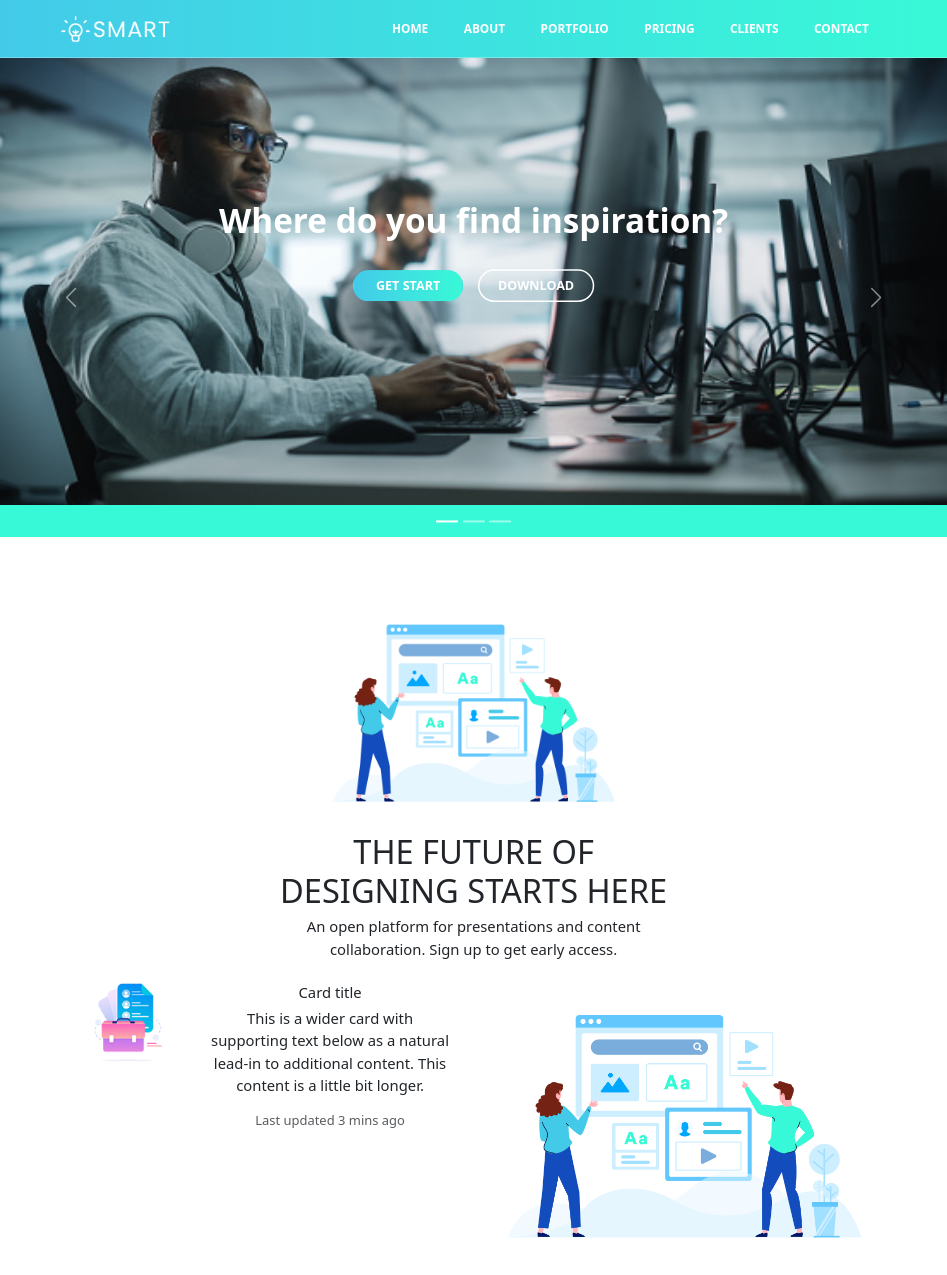
Repository: rizwan-zafar/smart-React
Page: /
These files come from the project's save history. The page is drawn as it stood at one moment and after the next save; the edit follows.
The browser window is 1280 px wide. The pictures show the whole page, at 74% of full size.
The project was rebuilt for these pictures with package versions that can differ from the ones it lists, and the page was loaded fresh each time.

Above is the page before, as saved 2022-11-17 10:59:25.

### public/index.html
<!DOCTYPE html>
<html lang="en">
  <head>
    <meta charset="utf-8" />
    <link rel="icon" href="%PUBLIC_URL%/favicon.ico" />
    <meta name="viewport" content="width=device-width, initial-scale=1" />
    <meta name="theme-color" content="#000000" />
    <meta
      name="description"
      content="Web site created using create-react-app"
    />
    <link rel="apple-touch-icon" href="%PUBLIC_URL%/logo192.png" />
    <!--
      manifest.json provides metadata used when your web app is installed on a
      user's mobile device or desktop. See https://developers.google.com/web/fundamentals/web-app-manifest/
    -->
    <link rel="manifest" href="%PUBLIC_URL%/manifest.json" />
    <!--
      Notice the use of %PUBLIC_URL% in the tags above.
      It will be replaced with the URL of the `public` folder during the build.
      Only files inside the `public` folder can be referenced from the HTML.

      Unlike "/favicon.ico" or "favicon.ico", "%PUBLIC_URL%/favicon.ico" will
      work correctly both with client-side routing and a non-root public URL.
      Learn how to configure a non-root public URL by running `npm run build`.
    -->
    <title>React App</title>
  </head>
  <body>
    <noscript>You need to enable JavaScript to run this app.</noscript>
    <div id="root"></div>

   </body>
</html>

### src/index.js
import React from 'react';
import './index.css';
import "../node_modules/bootstrap/dist/css/bootstrap.min.css"
import "../node_modules/bootstrap/dist/js/bootstrap.min.js"
import "./Components/FontawsomeIcons"
import ReactDOM from 'react-dom/client';
import App from './App';
const root = ReactDOM.createRoot(document.getElementById('root'));
root.render(
  <React.StrictMode>
    <App />
  </React.StrictMode>
);

// If you want to start measuring performance in your app, pass a function
// to log results (for example: reportWebVitals(console.log))
// or send to an analytics endpoint. Learn more: https://bit.ly/CRA-vitals

### src/Components/FontawsomeIcons/index.js
import {library} from "@fortawesome/fontawesome-svg-core"
import {faUser,faBars,faPlus} from "@fortawesome/free-solid-svg-icons"
library.add(faUser,faBars,faPlus)

### src/App.js
 import HomePage from "./Pages/Home"
function App() {
  return (
    <div className="App">
        <HomePage />
    </div>
  );
}

export default App;

### src/Pages/Home.js
import React from 'react'
import Navbar from "../Components/Navbar"
import Slider from "../Components/Slider"
import Service from "../Components/Service";
export default function Home() {
    return (
        <div>
            <Navbar />
            <Slider />
            <Service />
        </div>
    )
}

### src/Components/Navbar.js
import React from 'react'
import "../Css/Navbar.css"

import { FontAwesomeIcon } from "@fortawesome/react-fontawesome"
export default function Navbar() {
    const [hamburgerIcon, setHamburgerIcon] = React.useState('bars')
    const [rotateIcon, setRotateIcon] = React.useState('')
    const handleHumBurger = (hamburgerIcon) => {
        if (hamburgerIcon === 'bars') {
            setRotateIcon('icon-rotate')
            setHamburgerIcon('plus')
        } else {
            setRotateIcon('anti-icon-rotate')
            setHamburgerIcon("bars")
        }
    }
     return (
        <div className="NavContainer">
            <nav className="navbar navbar-expand-lg navbar-dark">
                <div className="container">
                    <a className="navbar-brand" href="/">
                        <img className="img-fluid" src="Images/logo.png" alt="not found" />
                    </a>
                    <div className="navbar-toggler" type="button" data-bs-toggle="collapse"   onClick={() => { handleHumBurger(hamburgerIcon) }} data-bs-target="#navbarNav" aria-controls="navbarNav" aria-expanded="false" aria-label="Toggle navigation">
                        <FontAwesomeIcon  className={rotateIcon} icon={hamburgerIcon}  />
                    </div>
                    <div className="collapse navbar-collapse navSetting" id="navbarNav">
                        <ul className="navbar-nav ms-auto">
                            <li className="nav-item">
                                <a className="nav-link active" aria-current="page" href="/">Home</a>
                            </li>
                            <li className="nav-item">
                                <a className="nav-link" href="/">ABOUT</a>
                            </li>
                            <li className="nav-item">
                                <a className="nav-link" href="/">PORTFOLIO</a>
                            </li>

                            <li className="nav-item">
                                <a className="nav-link" href="/">PRICING</a>
                            </li>

                            <li className="nav-item">
                                <a className="nav-link" href="/">CLIENTS</a>
                            </li>

                            <li className="nav-item">
                                <a className="nav-link" href="/">CONTACT</a>
                            </li>

                        </ul>
                    </div>
                </div>
            </nav>
        </div>
    )
}

### src/Components/Slider.js
import React from 'react'
import "../Css/Slider.css"

export default function Slider() {
    return (
        <div className="sliderContainer">
            <div id="carouselExampleCaptions" className="carousel slide" data-bs-ride="false">

                <div className="carousel-indicators">
                    <button type="button" data-bs-target="#carouselExampleCaptions" data-bs-slide-to="0" className="active" aria-current="true" aria-label="Slide 1"></button>
                    <button type="button" data-bs-target="#carouselExampleCaptions" data-bs-slide-to="1" aria-label="Slide 2"></button>
                    <button type="button" data-bs-target="#carouselExampleCaptions" data-bs-slide-to="2" aria-label="Slide 3"></button>
                </div>

                <div className="carousel-inner">
                    <div className="carousel-item active bg-cover slide-image1">
                        <div className="carousel-caption">
                            <p> If not now, then when?</p>
                            <div>
                                <button className="btn btn1">Get Start</button>
                                <button className="btn btn2">Download</button>
                            </div>
                        </div>
                    </div>
                    <div className="carousel-item active bg-cover slide-image2">
                        <div className="carousel-caption">
                            <p>What does your joy look like today?</p>
                            <div>
                                <button className="btn btn1">Get Start</button>
                                <button className="btn btn2">Download</button>
                            </div>
                        </div>
                    </div>
                    <div className="carousel-item active bg-cover slide-image3">
                        <div className="carousel-caption">
                            <p>Where do you find inspiration?</p>
                            <div>
                                <button className="btn btn1">Get Start</button>
                                <button className="btn btn2">Download</button>
                            </div>
                        </div>
                    </div>
                </div>
                <button className="carousel-control-prev" type="button" data-bs-target="#carouselExampleCaptions" data-bs-slide="prev">
                    <span className="carousel-control-prev-icon" aria-hidden="true"></span>
                    <span className="visually-hidden">Previous</span>
                </button>
                <button className="carousel-control-next" type="button" data-bs-target="#carouselExampleCaptions" data-bs-slide="next">
                    <span className="carousel-control-next-icon" aria-hidden="true"></span>
                    <span className="visually-hidden">Next</span>
                </button>
            </div>
        </div>
    )
}

### src/Components/Service.js
import React from 'react'
import "../Css/Services.css"
export default function Service() {
    return (
        <div className="services">
            <br /><br /><br />
            <div className="text-center">
                <img class="custom-image" src="/Images/services.png" alt="Services" />
                <div className='container custom-container'>
                    <h4>The future of designing starts here</h4>
                    <p>An open platform for presentations and content collaboration. Sign up to get early access.</p>
                </div>
            </div>
            {/* style={{max-width: 540px;}} */}
            <div className="container text-center">
                <div className="row">
                    <div className="col-xs-12 col-sm-12 col-md-6 col-lg-6 col-xl-6 ">
                        <div class="card mb-3" >
                            <div className="row g-0">
                                <div className="col-md-4">
                                    <img src="/Images/icon-1.png" className="img-fluid rounded-start" alt="..." />
                                </div>
                                <div className="col-md-8">
                                    <div className="card-body">
                                        <h5 className="card-title">Card title</h5>
                                        <p className="card-text">This is a wider card with supporting text below as a natural lead-in to additional content. This content is a little bit longer.</p>
                                        <p className="card-text"><small className="text-muted">Last updated 3 mins ago</small></p>
                                    </div>
                                </div>
                            </div>
                        </div>

                    </div>

                    <div className="col-xs-12 col-sm-12 col-md-6 col-lg-6 col-xl-6 ">
                        <img class="img-fluid" src="/Images/services.png" alt="Services" />

                    </div>

                </div>
            </div>

        </div>
    )
}

### src/Css/Navbar.css

.NavContainer  .navbar-toggler
{
    color:black;
    border:none;
}
.NavContainer .navbar-brand img{
    max-width: 150px;
}
.NavContainer .navbar-dark
{
    background: linear-gradient(to right,#43cae9, #38f9d7 100%)
}

.NavContainer .navbar-nav li{
   padding: 11px 16px;
 }
.NavContainer .navbar-nav li a{
color:#fff;
font-weight: 700;
text-transform: uppercase;
font-size: 16px;
}



@media (min-width: 1200px)
{
.NavContainer .container {
    max-width: 1140px;
}
}


@media (max-width: 991px)
 {
    .NavContainer .navSetting
    {
        position: absolute;
        top: 100%;
        left: 0;
        width: 100%;
        background: linear-gradient(to right,#43cae9, #38f9d7 100%);
        z-index: 8;
        padding: 10px 16px;
        -webkit-box-shadow: 0 3px 6px 0 rgb(0 0 0 / 16%);
        -moz-box-shadow: 0 3px 6px 0 rgba(0, 0, 0, 0.16);
        box-shadow: 0 3px 6px 0 rgb(0 0 0 / 16%);
    }
 }

 .NavContainer .icon-rotate {
   transform:rotate(90deg);
    transition: 0.5s;

  }
 .NavContainer .anti-icon-rotate {
   transform:rotate(-0deg);
    transition: 0.5s;

  }

### src/Css/Slider.css
.sliderContainer .carousel-inner .bg-cover{
     height: 90vh;
     background-size: cover;
     background-repeat: no-repeat;
     background-position: center center;
}
.sliderContainer .slide-image1{
    background-image: url("/public/Images/slider-1.jpg");
}
.sliderContainer .slide-image2{
    background-image: url("/public/Images/slider-2.jpg");
}
.sliderContainer .slide-image3{
    background-image: url("/public/Images/slider-3.jpg");
}

.sliderContainer .carousel-caption
{

    position: absolute;
    right: 15%;
    bottom: 1.25rem;
    left: 15%;
    padding-top: 1.25rem;
    padding-bottom: 1.25rem;
    color: #fff;
    text-align: center;
    font-size: 45px;
    font-weight: bold;
    top: 23vh;

}
.sliderContainer .btn1{

    margin: 10px;
    background: linear-gradient(to right,#43cae9, #38f9d7 100%);
    padding: 7px 30px 7px 30px;
    font-weight: bold;
    color: white;
    font-size: 17px;
    border-radius: 29px;
    text-transform: uppercase;

}

.sliderContainer .btn2{
    margin: 10px;
    background:  transparent;
    padding: 7px 25px 7px 25px;
    font-weight: bold;
    color: white;
    font-size: 17px;
    border-radius: 29px;
    border: 2px solid white;
    text-transform: uppercase;

}
.sliderContainer .carousel-indicators{
    margin-right: 0;
    margin-left: 0;
    margin-bottom: 0;
    background: #38f9d7;
    padding: 10px;
}
@media (max-width: 991px)
 {
    .sliderContainer .carousel-inner .bg-cover
    {
        height: 350px;
    }

   .sliderContainer .carousel-caption
   {
       font-size: 25px ;
       top: 11vh;
       font-weight: bolder;
   }

   .sliderContainer .btn
   {
    font-size: 15px;
    }
   .sliderContainer .btn
   {
    font-size: 15px;
    }

    .sliderContainer .carousel-indicators{
        margin-right: 0;
        margin-left: 0;
        margin-bottom: 0;
        background: transparent;

    }
 }

### src/Css/Services.css
.services h4{
    font-size: 44px;
    text-transform: uppercase;

}
.services p{
    font-size: 20px;
}
.services .custom-image
{
max-width: 34%;
height: auto;
}
.services .custom-container
{
    max-width: 600px;
}
.services .card{
    border: none;
}
@media (max-width: 991px)
 {
    .services .custom-image
    {
    max-width: 100%;
    height: auto;
    }
    .services h4{
        font-size: 25px;
       text-transform: uppercase;
    }
    .services p{
        font-size: 16px;
     }
 }

Loaded but not shown: src/index.css (common file)

After the next save:
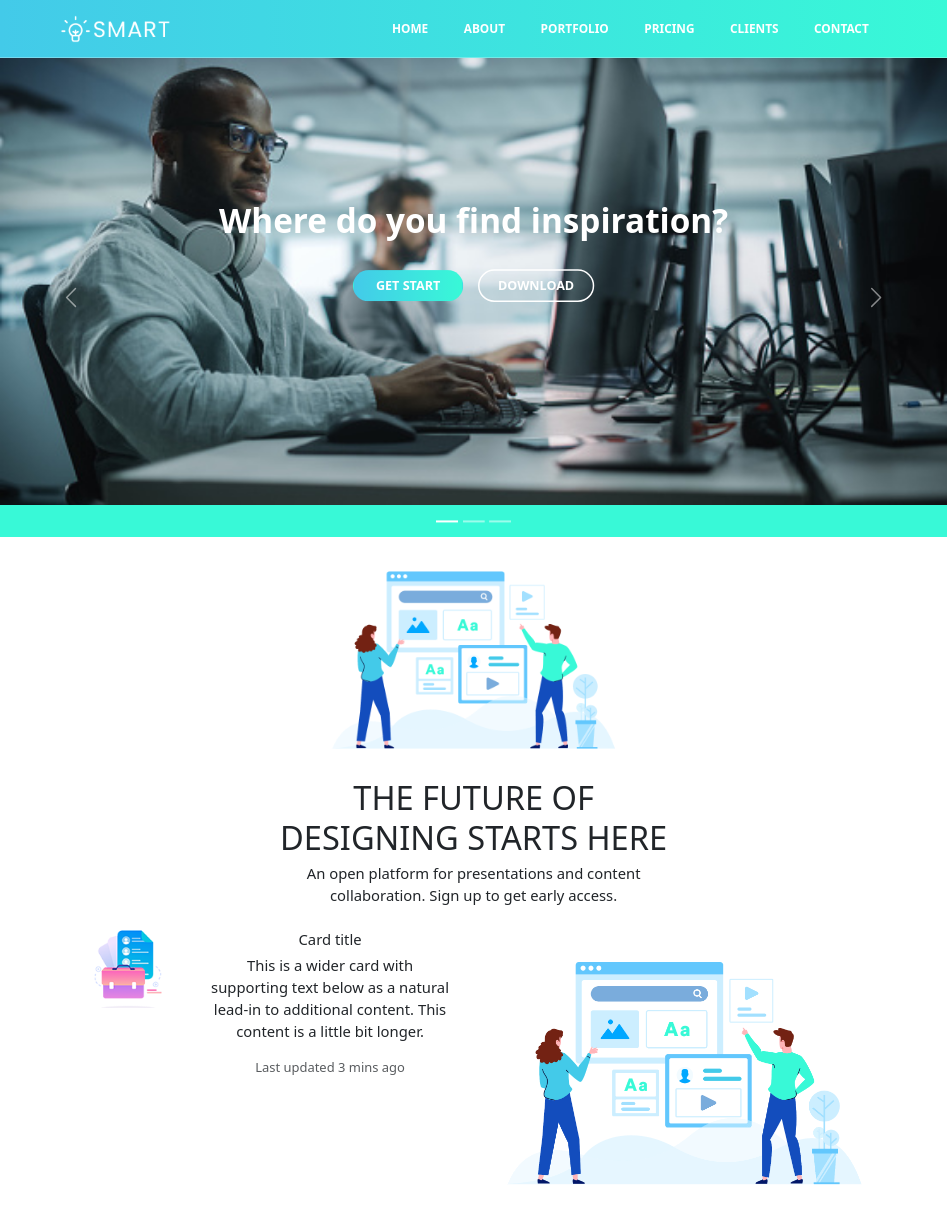
Saved 45 s later.
--- a/src/Components/Service.js
+++ b/src/Components/Service.js
@@ -3,7 +3,7 @@ import "../Css/Services.css"
 export default function Service() {
     return (
         <div className="services">
-            <br /><br /><br />
+
             <div className="text-center">
                 <img class="custom-image" src="/Images/services.png" alt="Services" />
                 <div className='container custom-container'>
